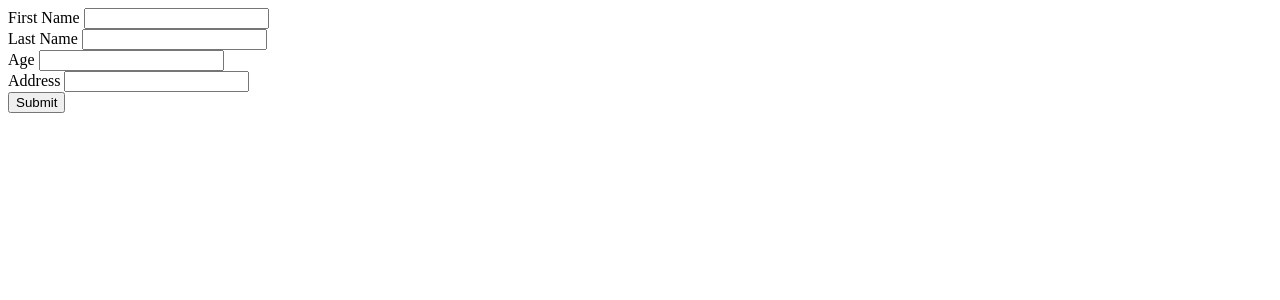
Repository: RG4025/AdvanceJava
Page: ClassWorkFeb15/src/main/webapp/GrossSalary.html
The author's editor kept a copy of each file at every save. The page is drawn from the files as they stood at one save, then again after the next save.
The browser window is 1280 px wide. The pictures show the whole page.

Above is the page before, as saved 2024-02-15 07:05:38.

### ClassWorkFeb15/src/main/webapp/GrossSalary.html
<!DOCTYPE html>
<html>
<head>
<meta charset="ISO-8859-1">
<title>Insert title here</title>
</head>
<body>

		<section class=" Main bg-dark text-light h-100 w-100 d-flex justify-content-center align-items-center">

		<div class="Main2 container ">
			<form class="col-12 col-md-6" method="post" action="MainFirst">
					  <div class="mb-3">
					    <label for="exampleInputEmail1" class="form-label">First Name</label>
					    <input type="text" class="form-control" name="FName">

					  <div class="mb-3">
					    <label for="exampleInputPassword1" class="form-label">Last Name</label>
					    <input type="text" class="form-control" name="LName">
					  </div>

					  <div class="mb-3">
					    <label for="exampleInputPassword1" class="form-label">Age</label>
					    <input type="text" class="form-control" name="age">
					  </div>

					  <div class="mb-3">
					    <label for="exampleInputPassword1" class="form-label">Address</label>
					    <input type="text" class="form-control" name="add">
					  </div>

					  <button type="submit" class="btn btn-primary">Submit</button>
			</form>

		</div>
	</section>

</body>
</html>

After the next save:
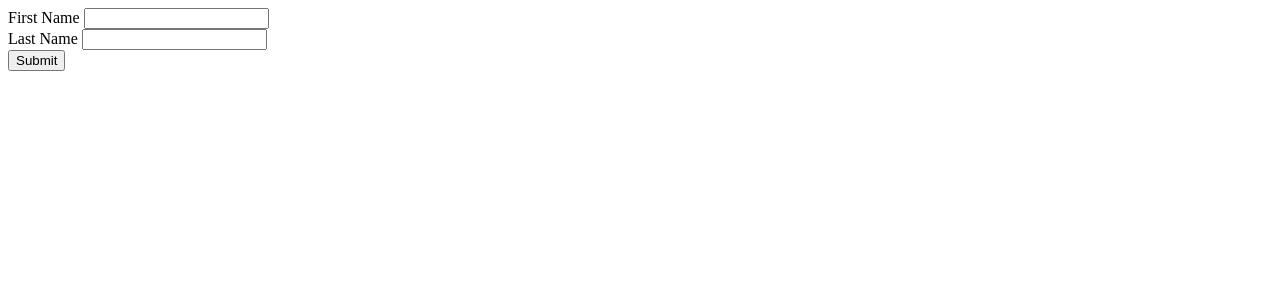
Saved 9 s later.
--- a/ClassWorkFeb15/src/main/webapp/GrossSalary.html
+++ b/ClassWorkFeb15/src/main/webapp/GrossSalary.html
@@ -19,15 +19,7 @@
 					    <input type="text" class="form-control" name="LName">
 					  </div>
 
-					  <div class="mb-3">
-					    <label for="exampleInputPassword1" class="form-label">Age</label>
-					    <input type="text" class="form-control" name="age">
-					  </div>
 
-					  <div class="mb-3">
-					    <label for="exampleInputPassword1" class="form-label">Address</label>
-					    <input type="text" class="form-control" name="add">
-					  </div>
 
 					  <button type="submit" class="btn btn-primary">Submit</button>
 			</form>
